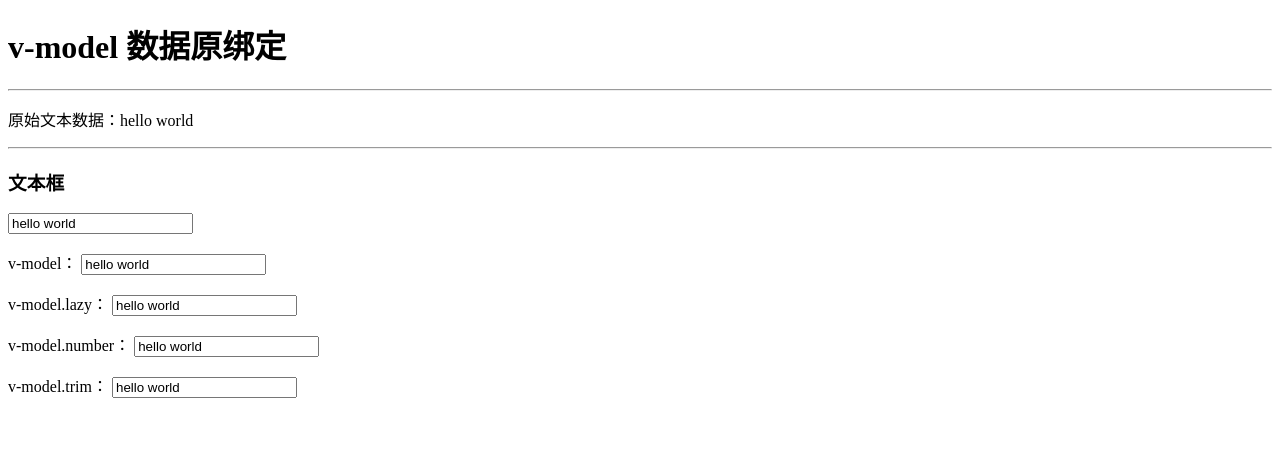
Repository: 13982720426/vue2.0-LearningNotes
Page: example/v-model.html
An editor plug-in stored every save of this project. The page is shown before and after the next save, followed by the edit.
The browser window is 1280 px wide. The pictures show the whole page.

Above is the page before, as saved 2021-06-17 20:56:19.

### example/v-model.html
<!DOCTYPE html>
<html lang="en">
  <head>
    <meta charset="UTF-8" />
    <script type="text/javascript" src="../assets/js/vue.js"></script>
    <title>v-model 数据源绑定</title>
  </head>
  <body>
    <h1>v-model 数据原绑定</h1>
    <hr />
    <div id="app">
      <p>原始文本数据：{{message}}</p>
      <hr />
      <h3>文本框</h3>
      <p><input type="text" v-on:keyup.enter="onEnter" v-model="message" /></p>

      <p>
        v-model：
        <input type="text" v-on:keyup.enter="onEnter" v-model="message" />
      </p>
      <p>
        v-model.lazy：
        <input type="text" v-on:keyup.enter="onEnter" v-model.lazy="message" />
      </p>
      <p>
        v-model.number：
        <input type="text" v-on:keyup.enter="onEnter" v-model.number="message" />
      </p>
      <p>
        v-model.trim：
        <input type="text" v-on:keyup.enter="onEnter" v-model.trim="message" />
      </p>
    </div>

    <script type="text/javascript">
      var app = new Vue({
        el: '#app',
        data: {
          message: 'hello world',
        },
      });
    </script>
  </body>
</html>

Loaded but not shown: assets/js/vue.js (library)

After the next save:
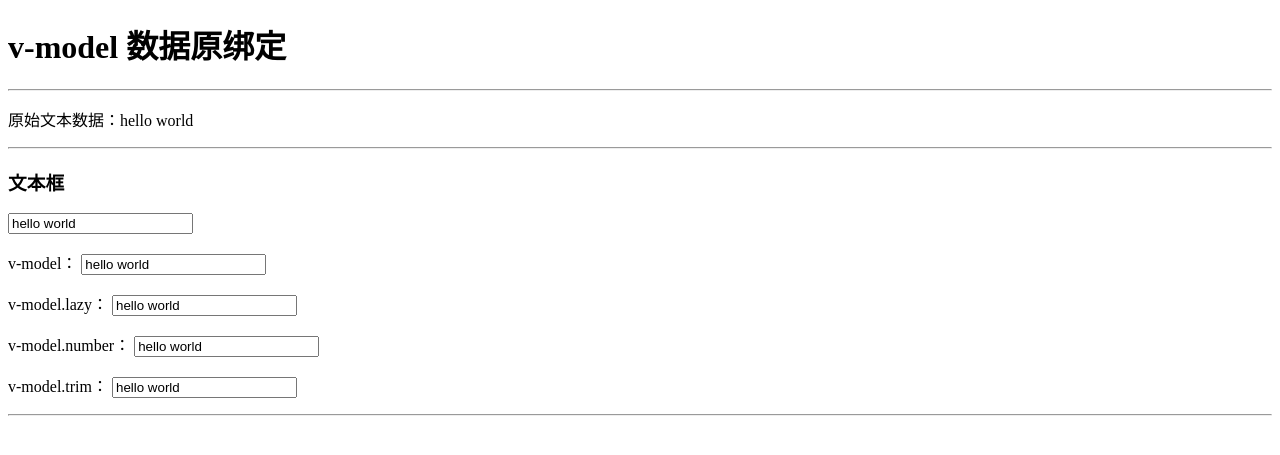
Saved 112 s later.
--- a/example/v-model.html
+++ b/example/v-model.html
@@ -30,6 +30,8 @@
         v-model.trim：
         <input type="text" v-on:keyup.enter="onEnter" v-model.trim="message" />
       </p>
+      <hr />
+      <h3></h3>
     </div>
 
     <script type="text/javascript">
